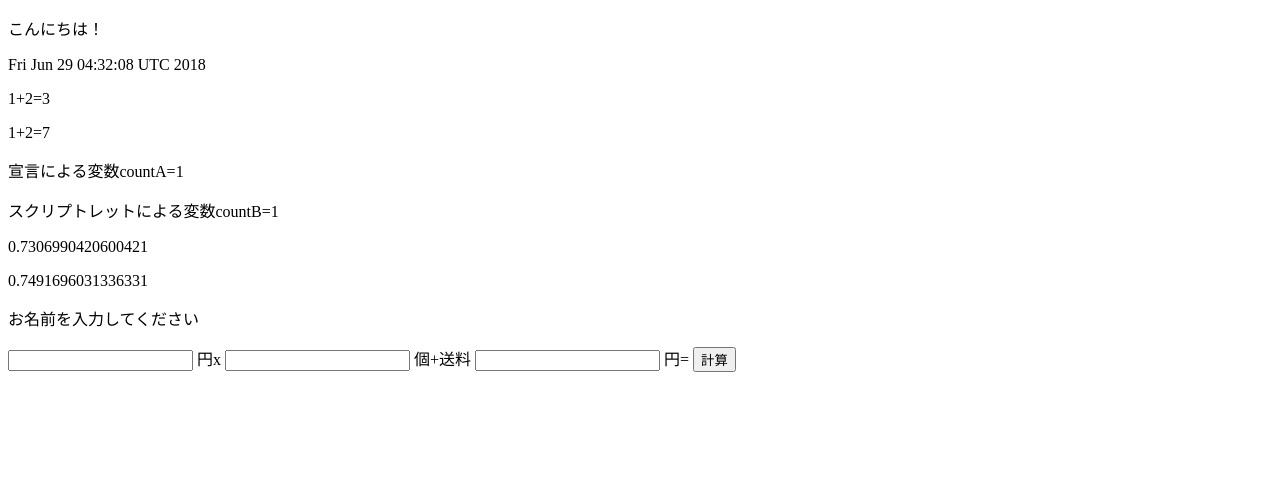
Repository: RyunosukeSaiga0816/test
Page: http://localhost/HelloJSP/
An editor plug-in stored every save of this project. The page is shown before and after the next save, followed by the edit.
The browser window is 1280 px wide. The pictures show the whole page.
The page is served by Tomcat 9.

Above is the page before, as saved 2018-07-02 01:26:26.

### HelloJSP/WebContent/index.jsp
<%@ page language="java" contentType="text/html; charset=UTF-8"
    pageEncoding="UTF-8"%>
<!DOCTYPE html>
<html>
<head>
<meta charset="UTF-8">
<title>TEST</title>
</head>
<body>
<p>こんにちは！</p>
<% out.println(new java.util.Date()); %>

<%! static int add(int a,int b){
	return a+b;
	}
%>
<p>1+2=<%=add(1,2) %></p>
<p>1+2=<%=add(3,4) %></p>

<%! static int countA=0; %>
<%
	int countB=0;
	countA++;
	countB++;
%>
<p>宣言による変数countA=<%=countA %></p>
<p>スクリプトレットによる変数countB=<%=countB %></p>

<p><% out.println(Math.random()); %></p>
<p><%=Math.random()%></p>

<p>お名前を入力してください</p>
<form method="post" action="total-out.jsp">
<input type="text" name="price">
円x
<input type="text" name="count">
個+送料
<input type="text" name="delivery">
円=
<input type="submit" value="計算">
</form>
</body>
</html>

After the next save:
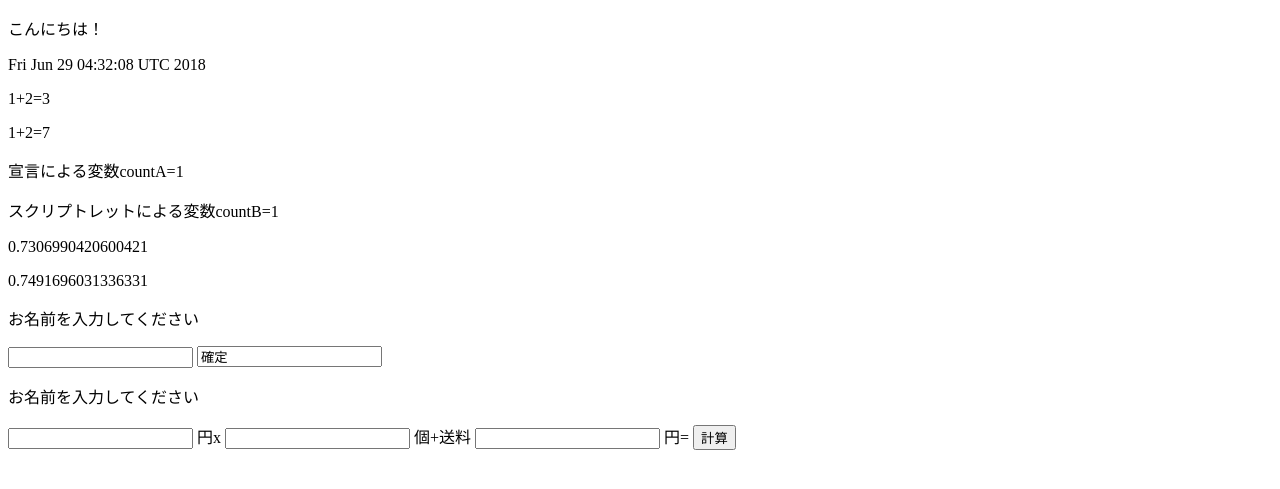
Saved 15 min 20 s later.
--- a/HelloJSP/WebContent/index.jsp
+++ b/HelloJSP/WebContent/index.jsp
@@ -30,6 +30,11 @@
 <p><%=Math.random()%></p>
 
 <p>お名前を入力してください</p>
+<form method="post" action="greeting-out.jsp">
+<input type="text" name="user">
+<input type=""submit" value="確定">
+</form>
+<p>お名前を入力してください</p>
 <form method="post" action="total-out.jsp">
 <input type="text" name="price">
 円x
